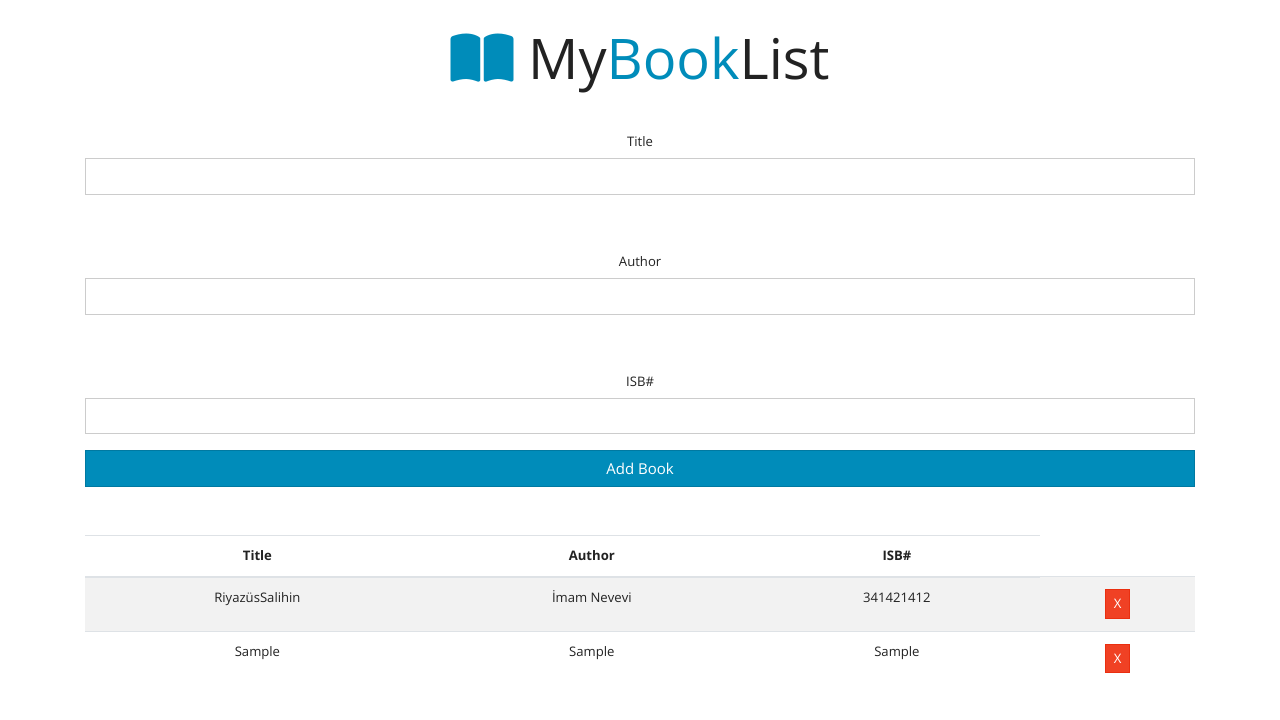
Repository: muhyilmaz/jsMyBookListPrj
Page: index.html
The author's editor kept a copy of each file at every save. The page is drawn from the files as they stood at one save, then again after the next save.
The browser window is 1280 px wide. The pictures show the whole page.
Empty fields were first filled with sample values (such as "Sample", 5 or name@example.com).
After loading, the first visible `#book-form` was submitted once.
Some web libraries are served in a nearby version.

Above is the page before, as saved 2020-06-21 20:48:48.

### index.html
<!DOCTYPE html>
<html lang="en">
<head>
    <meta charset="UTF-8">
    <meta name="viewport" content="width=device-width, initial-scale=1.0">
    <title>My Book List App</title>
    <link rel="stylesheet" href="bootstrap.min.css ">
    <script src="https://kit.fontawesome.com/c5e42f8755.js" crossorigin="anonymous"></script>

</head>
<body>
    <div id="containerID" class="container mt-4">
        <h1 class="display-4 text-center">
            <i class="fas fa-book-open text-primary"></i>
            My<span class="text-primary">Book</span>List
            <div id="alertText"></div>
            <form id="book-form">

                <div class="form-group">

                    <label for="title">Title</label>
                    <input type="text" name="" id="title" class="form-control">
                </div>
                <div class="form-group">

                    <label for="title">Author</label>
                    <input type="text" name="" id="author" class="form-control">
                </div>
                <div class="form-group">

                    <label for="title">ISB#</label>
                    <input type="text" name="" id="isbn" class="form-control">
                </div>

                <input type="submit" value="Add Book" class="btn btn-primary btn-block">
            </form>

            <table class="table table-striped mt-5">
                <thead>
                    <tr>
                        <th>Title</th>
                        <th>Author</th>
                        <th>ISB#</th>
                    </tr>
                </thead>
                <tbody id="book-list"></tbody>
            </table>
        </h1>

    </div>

    <script src="app.js"></script>
</body>
</html>

### app.js
//Book Class: Represents a Book
class Book {
    constructor(title, author, isbn) {
        this.title = title;
        this.author = author;
        this.isbn = isbn;
    }
}
//UI Class : Handle UI Tasks
class UI {
    static displayBooks() {
        const StoredBooks = [
            {
                title: "RiyazüsSalihin",
                author: "İmam Nevevi",
                isbn: "341421412"

            }
        ];
        const books = StoredBooks;

        books.forEach((book) => UI.addBookToList(book));

    }

    static addBookToList(book) {
        const list = document.querySelector('#book-list');
        const row = document.createElement('tr');

        row.innerHTML = `
            <td>${book.title}</td>
            <td>${book.author}</td>
            <td>${book.isbn}</td>
            <td><a href="#" class="btn btn-danger btn-sm delete">X</a></td>
            `;

        list.appendChild(row);
    }

    static showAlert(msg, clsName) {
        const div = document.createElement('div');
        div.className = `alert alert-${clsName}`;
        div.appendChild(document.createTextNode(msg));

        const container = document.querySelector('#book-form').parentNode;
        const form = document.querySelector('#book-form');
        console.log(container.contains(form));
        container.insertBefore(div, form);

        // Vanish in 3 seconds

        setTimeout(() => document.querySelector('.alert').remove(),3000);

    }

    static deleteBook(el) {
        if (el.classList.contains('delete')) {
            el.parentElement.parentElement.remove();
        }
    }

    static clearFields() {
        document.querySelector('#title').value = '';
        document.querySelector('#author').value = '';
        document.querySelector('#isbn').value = '';
    }
}
// Store Class : Handles Storage

// Event : Display Books
document.addEventListener('DOMContentLoaded', UI.displayBooks);
// Event : Add Books
document.querySelector('#book-form').addEventListener('submit', (e) => {
    //Prevent actual submit
    e.preventDefault();
    //Get form values
    const title = document.querySelector('#title').value;
    const author = document.querySelector('#author').value;
    const isbn = document.querySelector('#isbn').value;

    // Validate
    if (title === '' || author === '' || isbn === '') {
        const message = 'Fill blancs';
        //alert('fill blank');

        UI.showAlert(message, 'danger');
    }
    else {
        // Instantiate book

        const book = new Book(title, author, isbn);
        console.log(book);

        //Add book to UI
        UI.addBookToList(book);

        //Clear fields
        UI.clearFields();

    }

})


// Event : Delete Books
document.querySelector('#book-list').addEventListener('click', (e) => {
    console.log(e.target)

    UI.deleteBook(e.target);
})

Loaded but not shown: bootstrap.min.css (library)

After the next save:
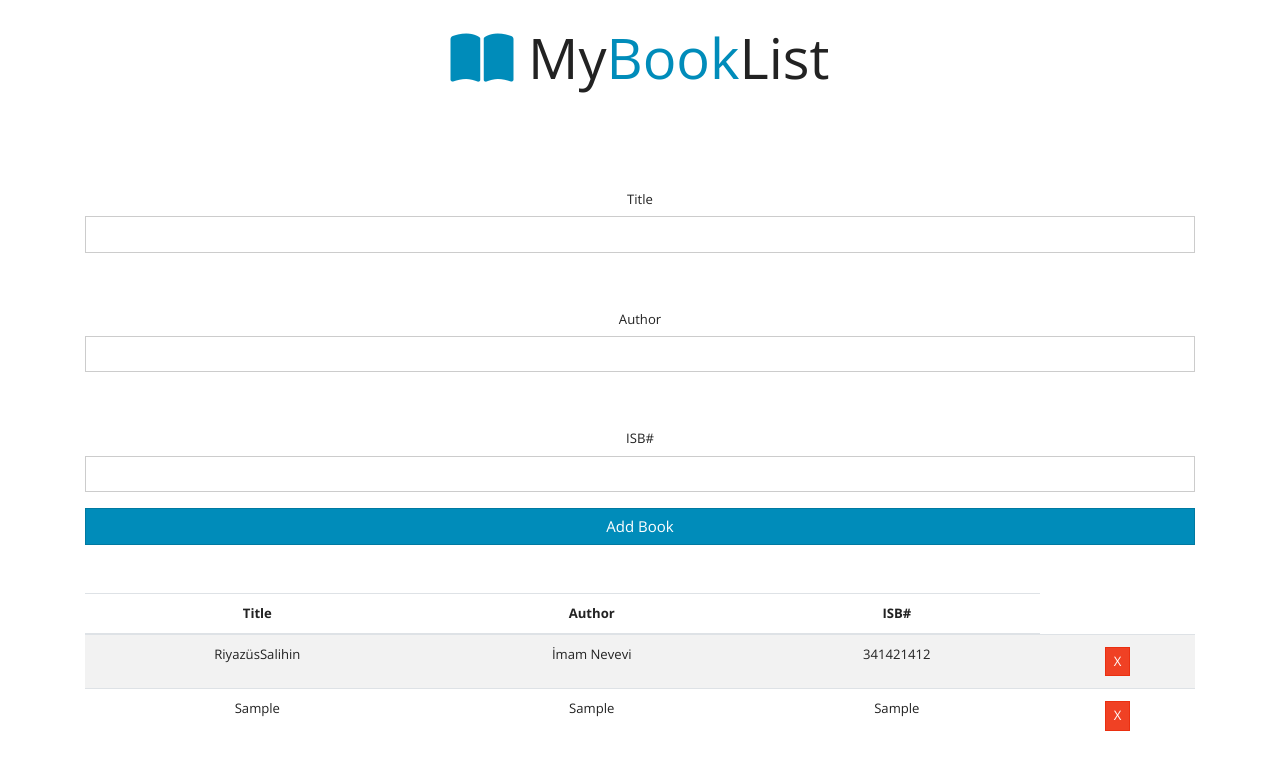
Saved 3 min 34 s later.
--- a/app.js
+++ b/app.js
@@ -94,6 +94,9 @@ document.querySelector('#book-form').addEventListener('submit', (e) => {
         //Add book to UI
         UI.addBookToList(book);
 
+        //Show success message
+        UI.showAlert('Book Added', 'succes');
+
         //Clear fields
         UI.clearFields();
 
